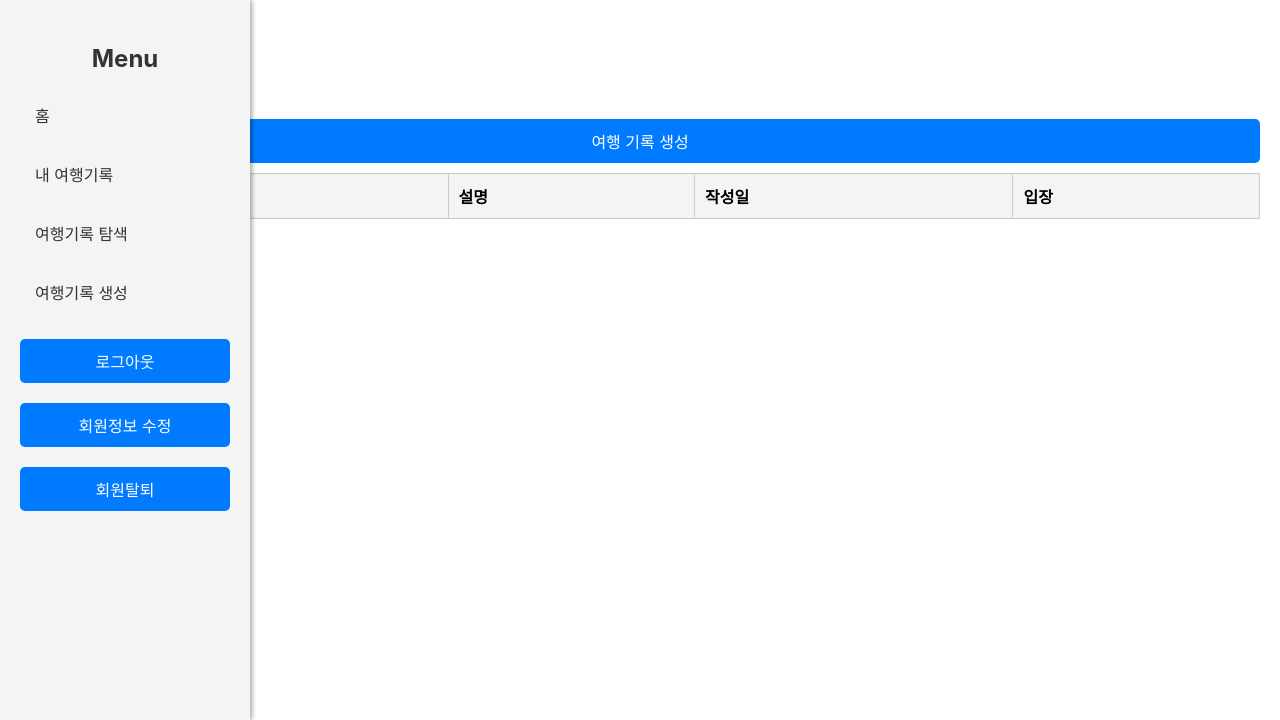
Repository: gimm5550/frontend2
Page: /mainlist
The author's editor kept a copy of each file at every save. The page is drawn from the files as they stood at one save, then again after a run of saves.
The browser window is 1280 px wide. The pictures show the whole page.
The page's requests for data from a server got no answer. An inner scrolling area shows only its first screen. The project was rebuilt for these pictures with package versions that can differ from the ones it lists, and the page was loaded fresh each time. No one was signed in, and anything a server would have sent is missing. Also part of the build but not shown: src/url.js, src/components/common/KakaoLoginButton.js, src/components/FromServer.js, src/components/common/Footer.js, src/components/common/Header.js, src/components/layout/LandingPageLayout.js, src/components/LoginForm.js, src/components/layout/LoginFormLayout.js and 22 more.

Above is the page before, as saved 2024-11-20 15:31:22.

After the next 2 saves:
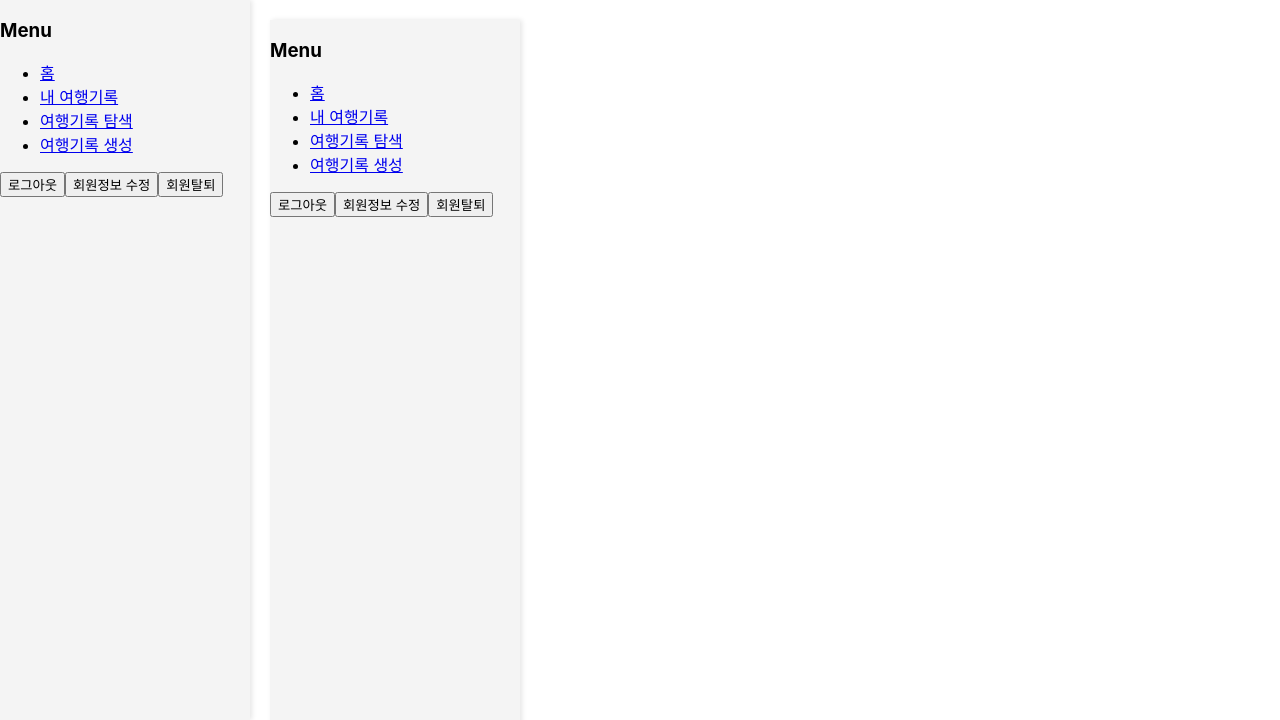
The 2 saves are shown as one change because they came seconds apart.
The last was saved 52 s later.
--- a/src/components/common/MenuBar.js
+++ b/src/components/common/MenuBar.js
@@ -1,6 +1,6 @@
 import React, { useState, useEffect } from "react";
 import { Link } from "react-router-dom";
-import "./MenuBar.css";
+import "../App.css";
 import { useNavigate } from "react-router-dom";
 import api from "../../api";
 

After the 3 saves that followed:
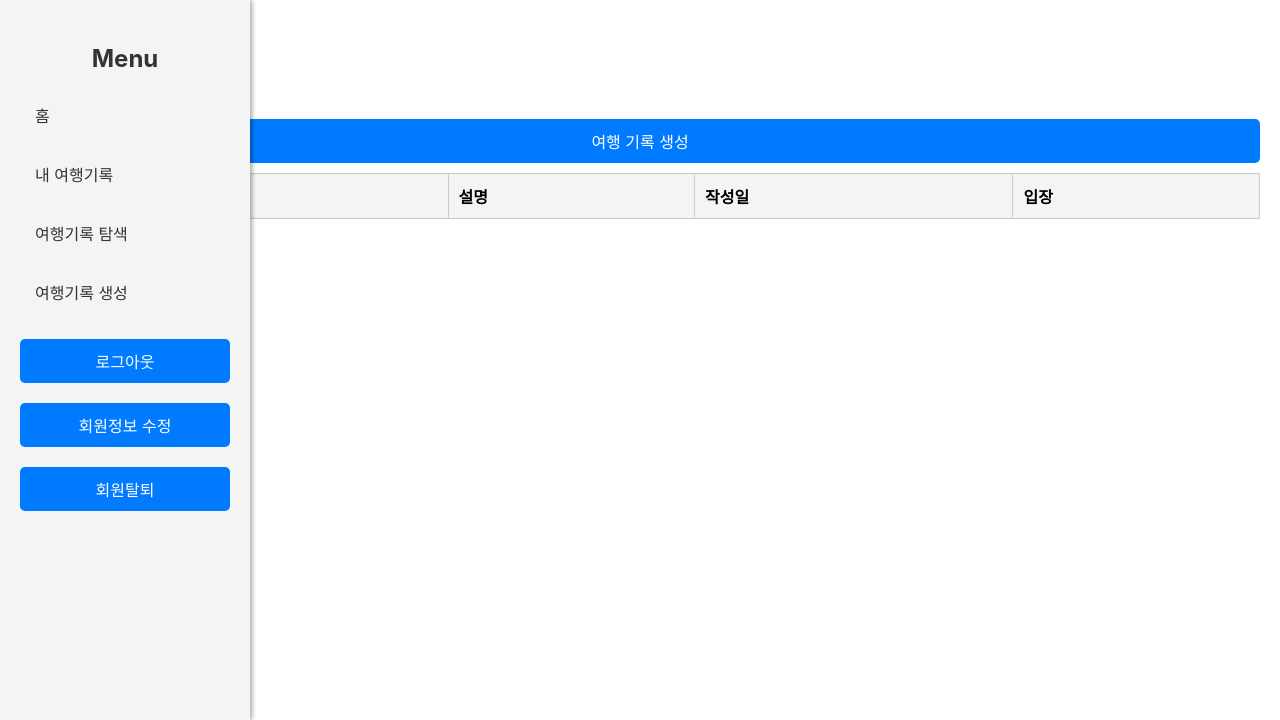
The 3 saves are shown as one change because 2 left the picture as it was.
The last was saved 62 s later.
--- a/src/components/common/MenuBar.js
+++ b/src/components/common/MenuBar.js
@@ -1,6 +1,6 @@
 import React, { useState, useEffect } from "react";
 import { Link } from "react-router-dom";
-import "../App.css";
+import "./MenuBar.css";
 import { useNavigate } from "react-router-dom";
 import api from "../../api";
 
